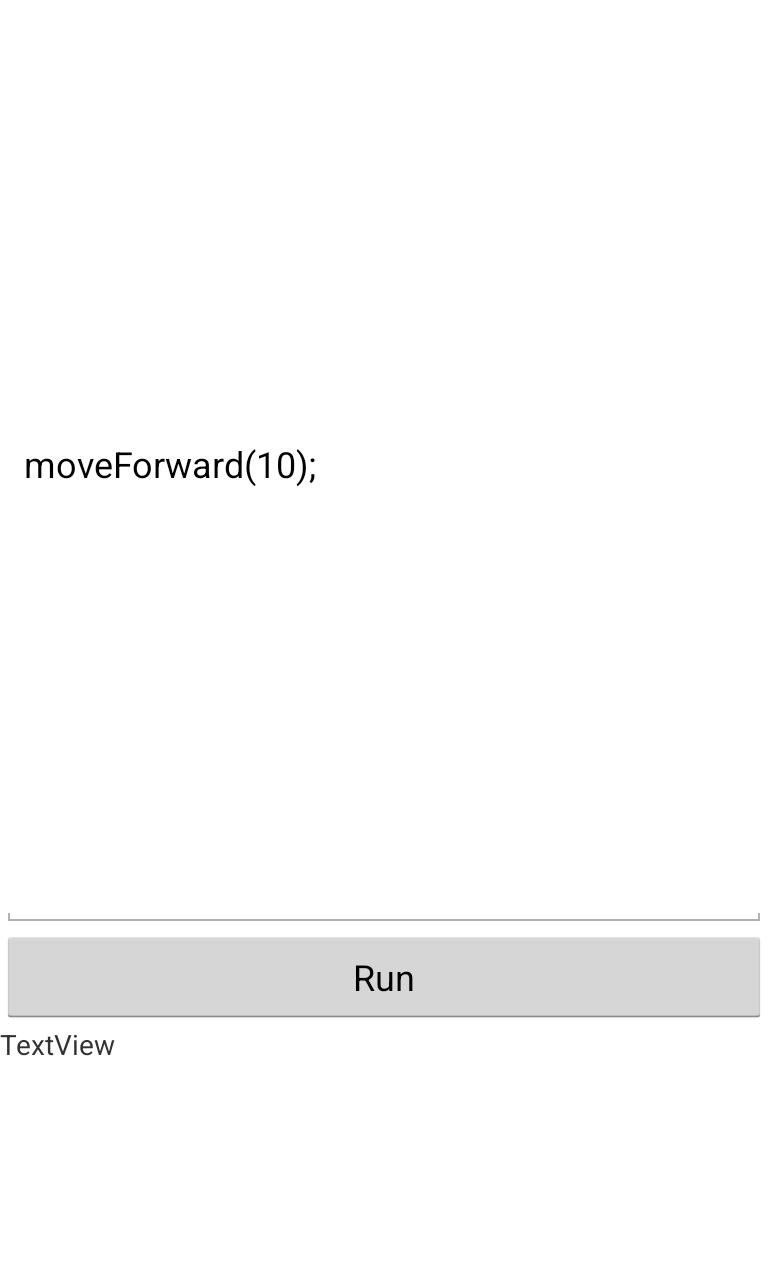
Repository: Cen92/MindCoder
Layout: ANTLRTest/res/layout/activity_main.xml
These files come from the project's save history. The layout is drawn as it stood at one moment and after the next save; the edit follows.
It is drawn on a 768 x 1280 px phone screen (xhdpi) without system bars, with theme AppTheme; the app's code is not run.

Above is the layout before, as saved 2014-03-27 17:02:55.

After the next save:
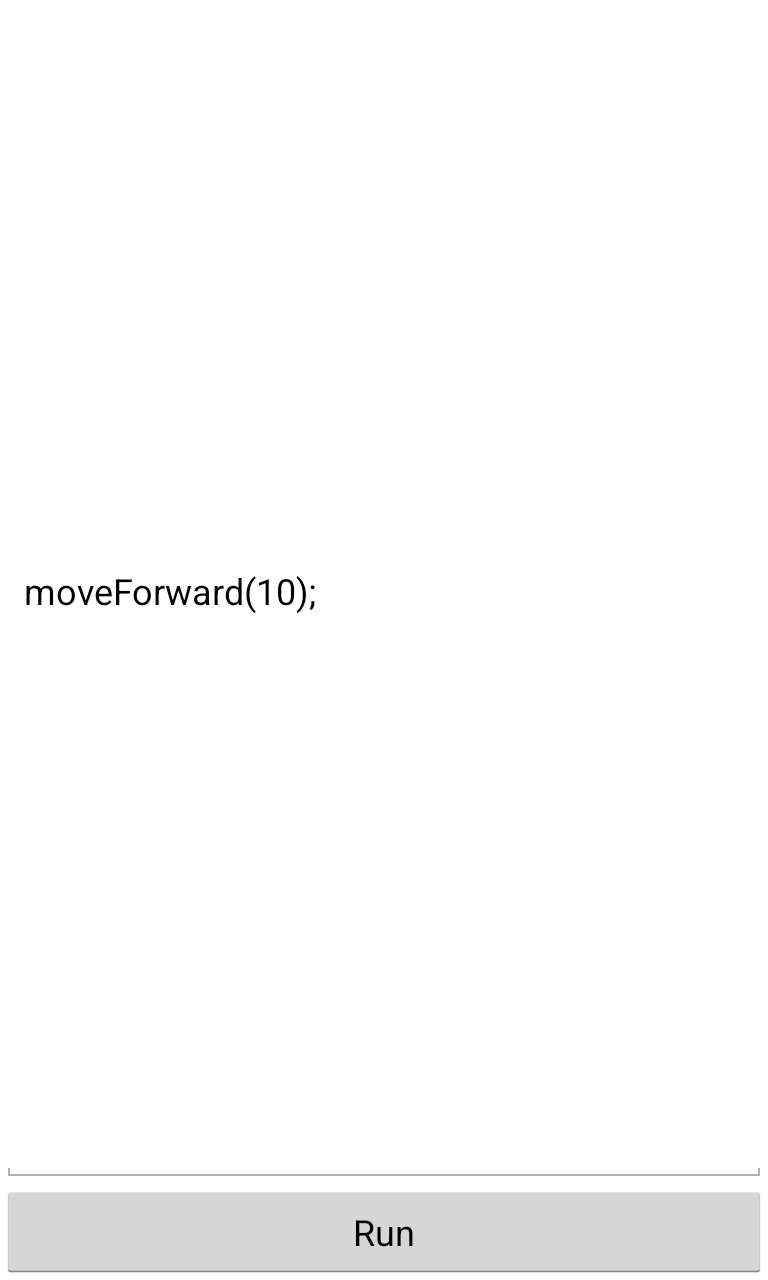
Saved 55 s later.
--- a/ANTLRTest/res/layout/activity_main.xml
+++ b/ANTLRTest/res/layout/activity_main.xml
@@ -20,11 +20,4 @@
         android:onClick="sendMessage"
         android:text="Run" />
 
-    <TextView
-        android:id="@+id/output_text"
-        android:layout_width="match_parent"
-        android:layout_height="wrap_content"
-        android:layout_weight="0.51"
-        android:text="TextView" />
-
 </LinearLayout>
